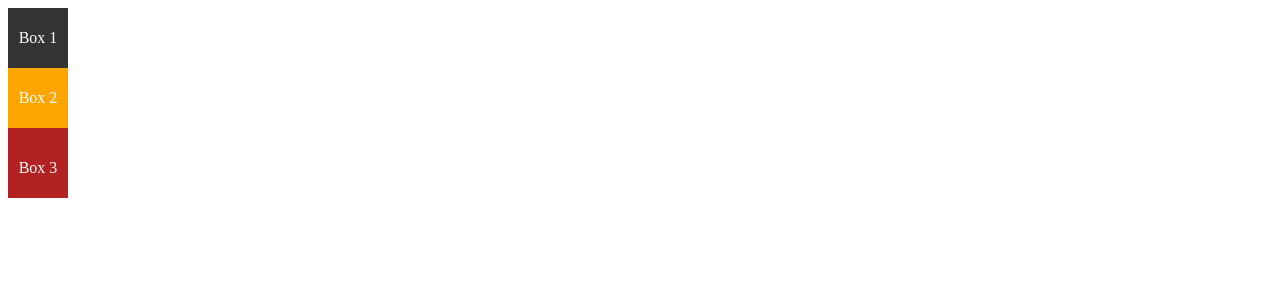
Repository: critdang/electro_store
Page: javascript_project/HTML &CSS practice/index.html
These files come from the project's save history. The page is drawn as it stood at one moment and after the next save; the edit follows.
The browser window is 1280 px wide. The pictures show the whole page.

Above is the page before, as saved 2021-10-01 21:58:59.

### javascript_project/HTML &CSS practice/index.html
<!DOCTYPE html>
<html lang="en">
    <head>
        <meta charset="UTF-8">
        <meta http-equiv="X-UA-Compatible" content="IE=edge">
        <meta name="viewport" content="width=device-width, initial-scale=1.0">
        <title>Document</title>
        <style>
            .box{
                width:60px;
                height:60px;
                color: #fff;
                display: flex;
                align-items: center;
                justify-content: center;
            }
            .box1{
                background-color: #333;
            }
            .box2{
                background-color: orange;
            }
            .box3{
                background-color: firebrick;
                padding-top: 10px;
            }
        </style>
    </head>
    <body>
        <div class="box box1">Box 1</div>
        <div class="box box2">Box 2</div>
        <div class="box box3">Box 3</div>
    </body>
</html>

After the next save:
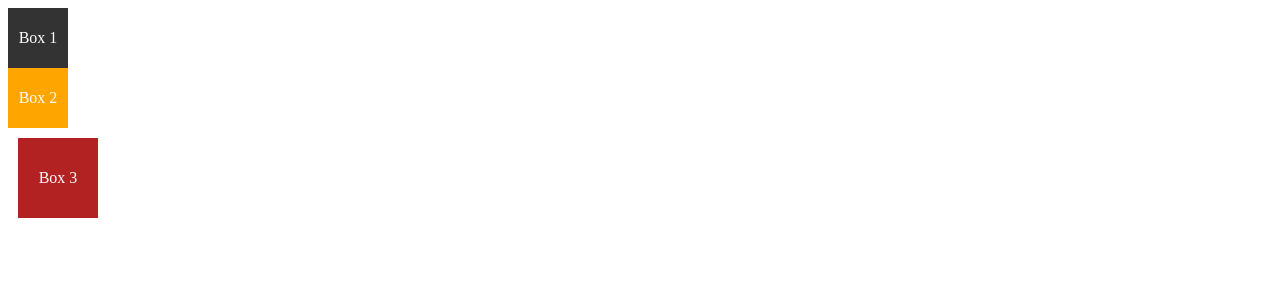
Saved 7 min 25 s later.
--- a/javascript_project/HTML &CSS practice/index.html
+++ b/javascript_project/HTML &CSS practice/index.html
@@ -22,7 +22,10 @@
             }
             .box3{
                 background-color: firebrick;
-                padding-top: 10px;
+
+                padding: 10px;
+                border-width: 10px;
+                border-style: solid;
             }
         </style>
     </head>
